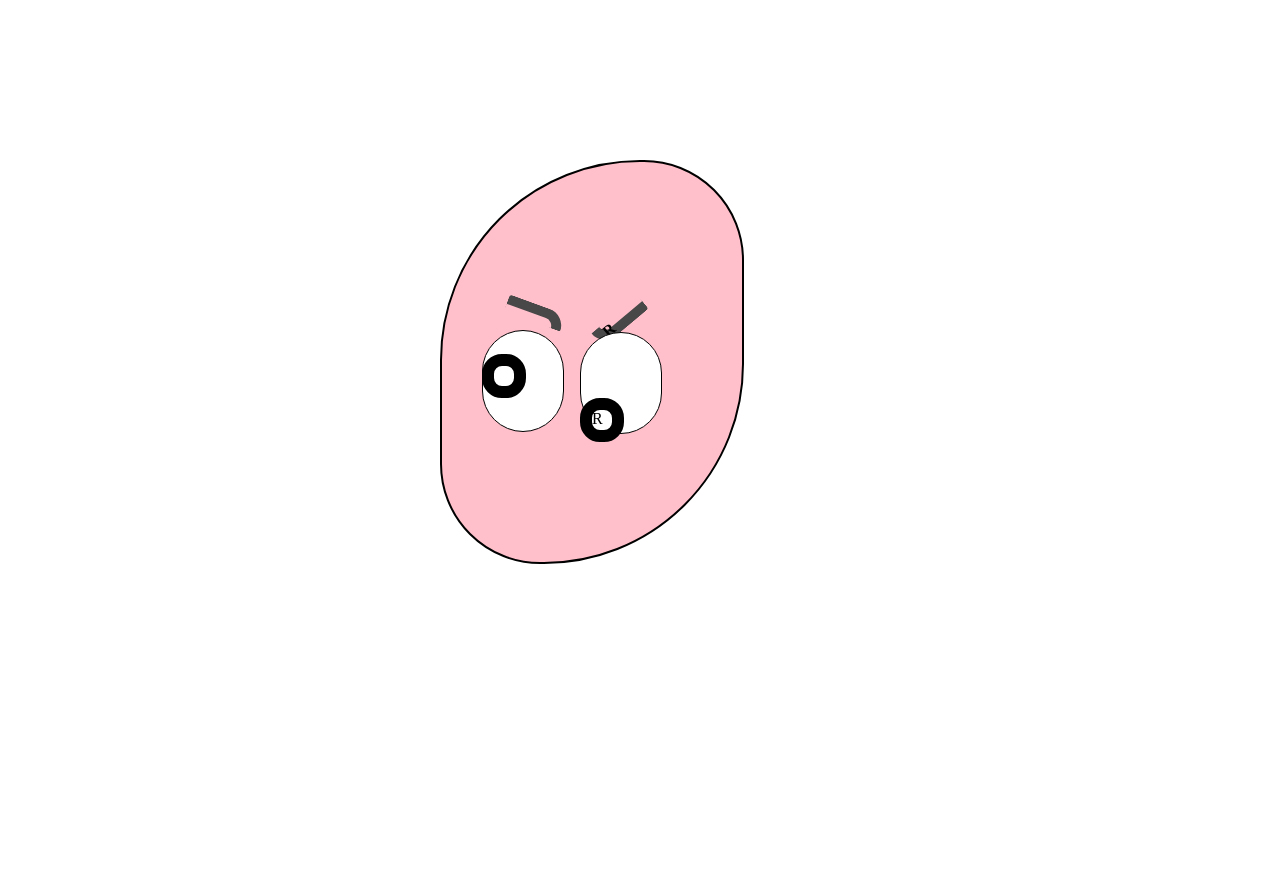
Repository: rodwestmoreland/1150
Page: cssCritter/index.html
The author's editor kept a copy of each file at every save. The page is drawn from the files as they stood at one save, then again after the next save.
The browser window is 1280 px wide. The pictures show the whole page.

Above is the page before, as saved 2021-01-25 22:25:06.

After the next save:
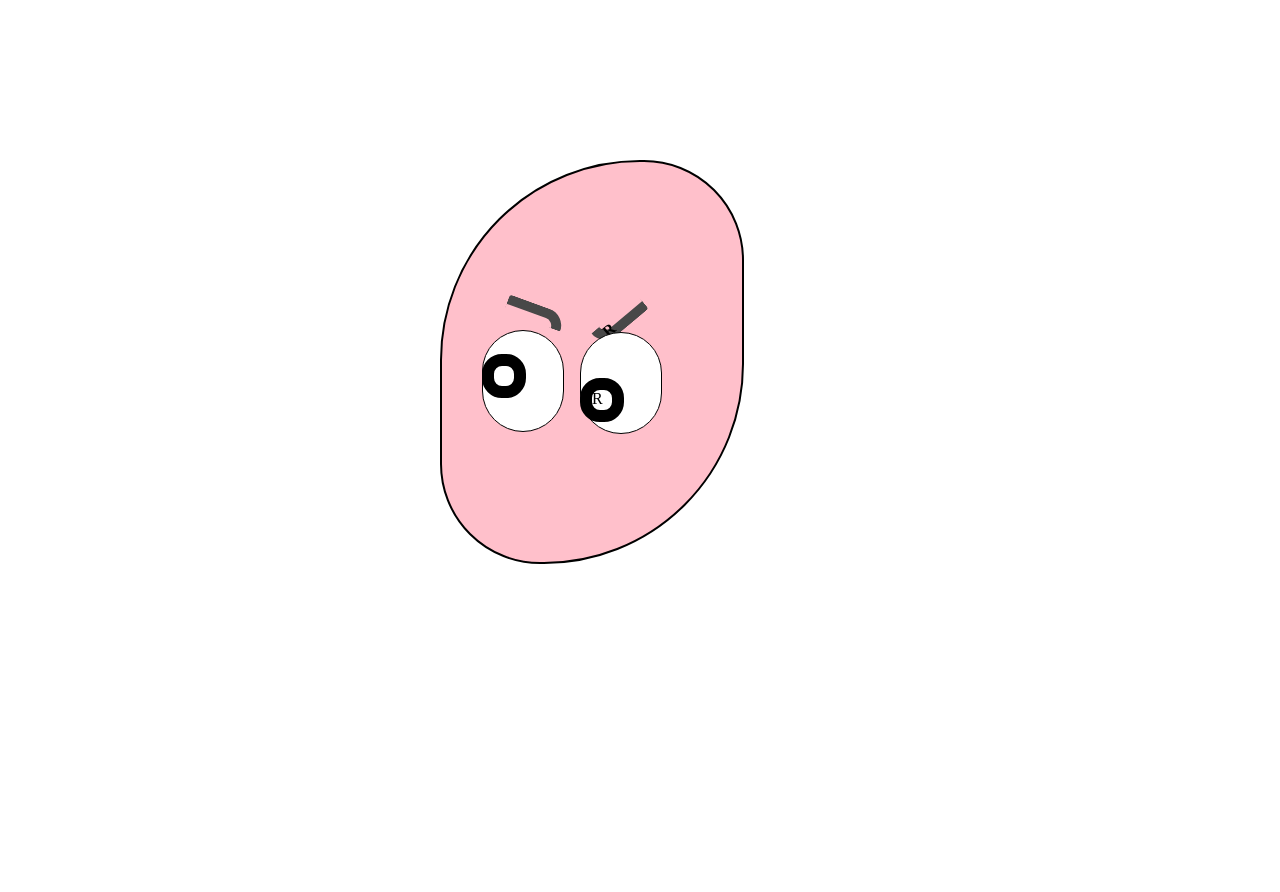
Saved 5 s later.
--- a/cssCritter/style.css
+++ b/cssCritter/style.css
@@ -52,7 +52,7 @@
     border-radius: 20px;
     position: relative;
     left: 140px;
-    top: -450px;
+    top: -470px;
   }
 
 
